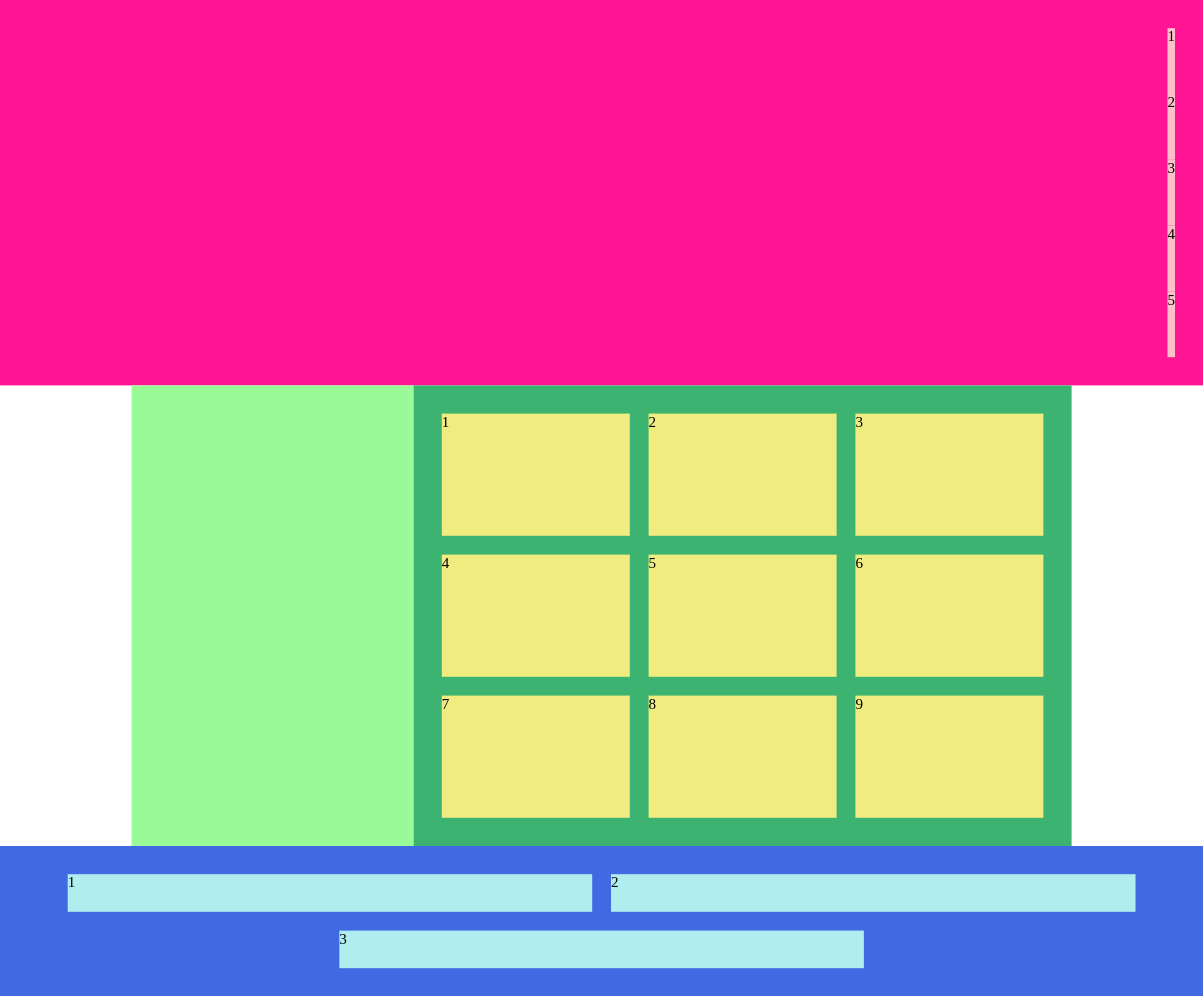
Repository: TsuKou/MainContents
Page: flex1/flex1.html
The author's editor kept a record of every edit. The page is drawn from the files as they stood at one moment, then again after the next edit.
The browser window is 1280 px wide. The pictures show the whole page, at 94% of full size.

Above is the page before.

### flex1/flex1.html
<!DOCTYPE>
<html lang="ja">

  <head>
    <meta charset="UTF-8" />
    <link rel="stylesheet" href="flex1.css" />
    <title>flex_ensyuu</title>
  </head>

  <body>

      <header>
        <div class="h-box-g">
          <div class="h-box">1</div>
          <div class="h-box">2</div>
          <div class="h-box">3</div>
          <div class="h-box">4</div>
          <div class="h-box">5</div>
        </div>
      </header>

      <main>
        <div class="main-L"></div>
        <div class="main-R">
          <div class="box">1</div>
          <div class="box">2</div>
          <div class="box">3</div>
          <div class="box">4</div>
          <div class="box">5</div>
          <div class="box">6</div>
          <div class="box">7</div>
          <div class="box">8</div>
          <div class="box">9</div>
        </div>
      </main>

      <footer>
        <div class="f-box-g">
          <div class="f-box">1</div>
          <div class="f-box">2</div>
          <div class="f-box">3</div>
        </div>
      </footer>

  </body>
</html>

### flex1/flex1.css
* {
  margin: 0;
  padding: 0;
  box-sizing: border-box;
}

header {
  background-color: #ff1493;
  padding: 30px 20px;
  display: flex;
  justify-content: flex-end;
}

.h-box > div {
  background-color: #ffc0cb;
  flex-basis: 140px;
  height: 70px;
  margin: 0 10px;
}


.h-box > :first-child {
  margin-right: auto;
}

.h-box-g > div {
  background-color: #ffc0cb;
  height: 70px;
  flex-basis: 140px;
}

.h-box {
  height: 70px;
  margin: 0 10px;
}

main {
  display: flex;
  justify-content: center;
}

.main-L {
  width: 300px;
  background-color: #98fb98;
}

.main-R {
  max-width: 700px;
  padding: 20px;
  background-color: #3cb371;
  flex-grow: 1;
  display: flex;
  flex-wrap: wrap;
  justify-content: center;
}

.box {
  height: 130px;
  flex-basis: 200px;
  background-color: #f0ec80;
  margin: 10px;
}

footer {
  width: 100%;
  background-color: #4169e1;
}

.f-box-g {
  padding: 20px;
  display: flex;
  flex-wrap: wrap;
  justify-content: center;
}

.f-box-g > div {
  background-color: #afeeee;
  flex-basis: 45%;
}

.f-box {
  max-width: 600px;
  height: 40px;
  margin: 10px;
}

After the next edit:
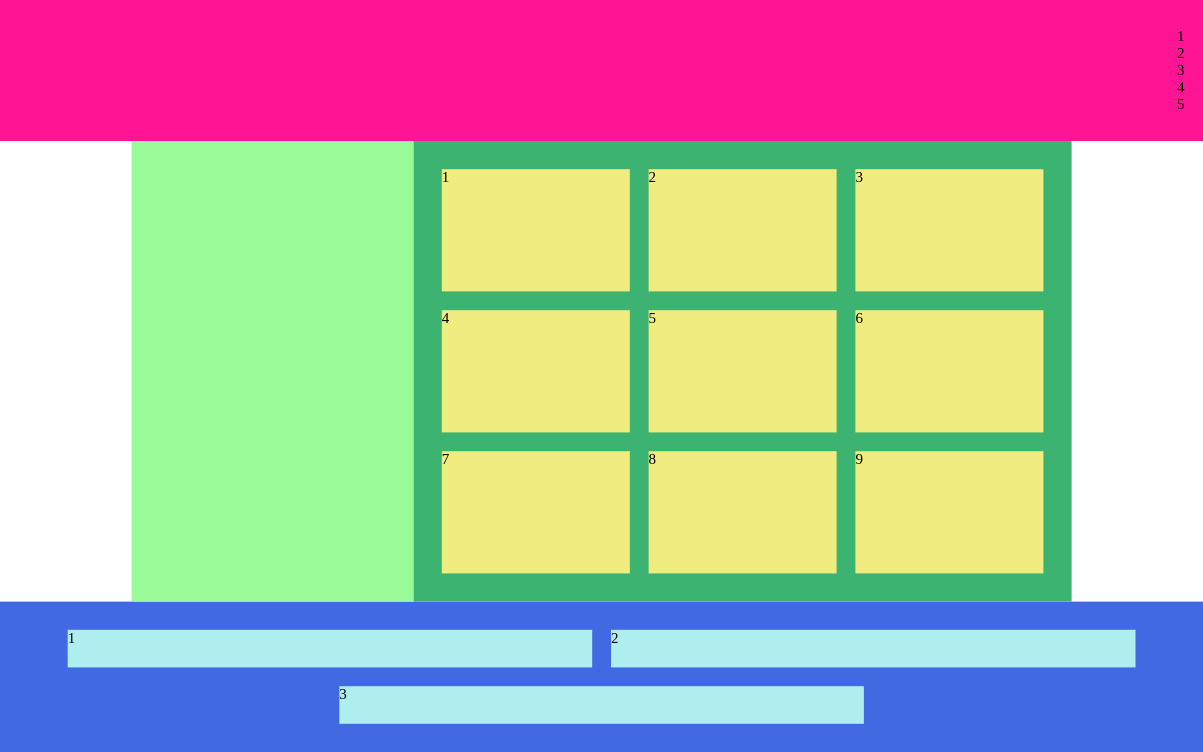
The edit:
--- a/flex1/flex1.css
+++ b/flex1/flex1.css
@@ -23,16 +23,6 @@
   margin-right: auto;
 }
 
-.h-box-g > div {
-  background-color: #ffc0cb;
-  height: 70px;
-  flex-basis: 140px;
-}
-
-.h-box {
-  height: 70px;
-  margin: 0 10px;
-}
 
 main {
   display: flex;
